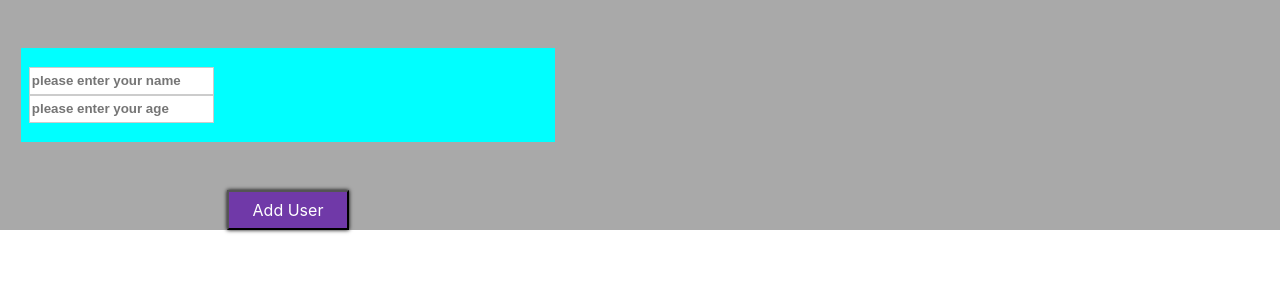
Repository: NamalPathirana/section-eight
Page: /
An editor plug-in stored every save of this project. The page is shown before and after the next save, followed by the edit.
The browser window is 1280 px wide. The pictures show the whole page.
The project was rebuilt for these pictures with package versions that can differ from the ones it lists, and the page was loaded fresh each time.

Above is the page before, as saved 2021-11-25 21:51:41.

### src/App.js
import logo from './logo.svg';
import './App.css';
import UserInput from './Components/UserInput/UserInput';

function App() {
  return (
    <div className="App">
      <section>
      <UserInput></UserInput>
      </section>
    </div>
  );
}

export default App;

### src/App.css
.App {
  text-align: center;
  display: flex;
  flex-direction: row;
  background-color: darkgrey;
}

### src/Components/UserInput/UserInput.js
import Button from '../../UI/Button/Button';
import styles from './UserInput.module.css'

const UserInput = () => {
    return (
        <form>
        <div className={styles.frame}>
            <input placeholder='please enter your name'/>
            <input placeholder='please enter your age'/>
        </div>
        <Button name='Add User'></Button>
        </form>
    );
};

export default UserInput;

### src/UI/Button/Button.js
import styles from './Button.module.css'

const Button = (props) => {

    return(
        <div>
            <button className={styles.button}>
               {props.name}
            </button>
        </div>
    )
}

export default Button;

### src/Components/UserInput/UserInput.module.css
.frame{
    margin: 0.5rem 0.5rem;
    padding: 1.2rem 0.5rem;
    width: 35rem;
    max-width: 90%;
    margin: 3rem auto;
    background-color: aqua;
}

.frame input{
    display: block;
    font-weight: bold;
    border: 1px solid #ccc;
    line-height: 1.5rem;
    padding: 100 0.25rm;
}

### src/UI/Button/Button.module.css
.button{
    font: inherit;
    padding: 0.5rem 1.5rem;
    background-color: rgb(112, 57, 168);
    color:white;
    box-shadow: 0 0 4px black;
    cursor: pointer;
}

.button:focus{
    outline: none;
}

.button:hover,.button:active{
    background-color: rgb(185, 140, 231);
    border-color: rgb(185, 140, 231);
    box-shadow: 0 0 8px black;
}

Loaded but not shown: public/index.html (common file); src/index.js (common file); src/index.css (common file); src/reportWebVitals.js (common file)

After the next save:
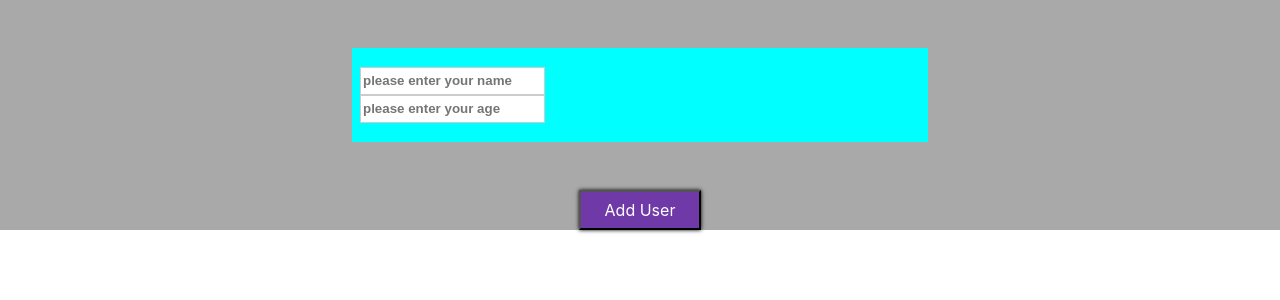
Saved 4 s later.
--- a/src/App.css
+++ b/src/App.css
@@ -1,6 +1,6 @@
 .App {
   text-align: center;
   display: flex;
-  flex-direction: row;
+  flex-direction: column;
   background-color: darkgrey;
 }
